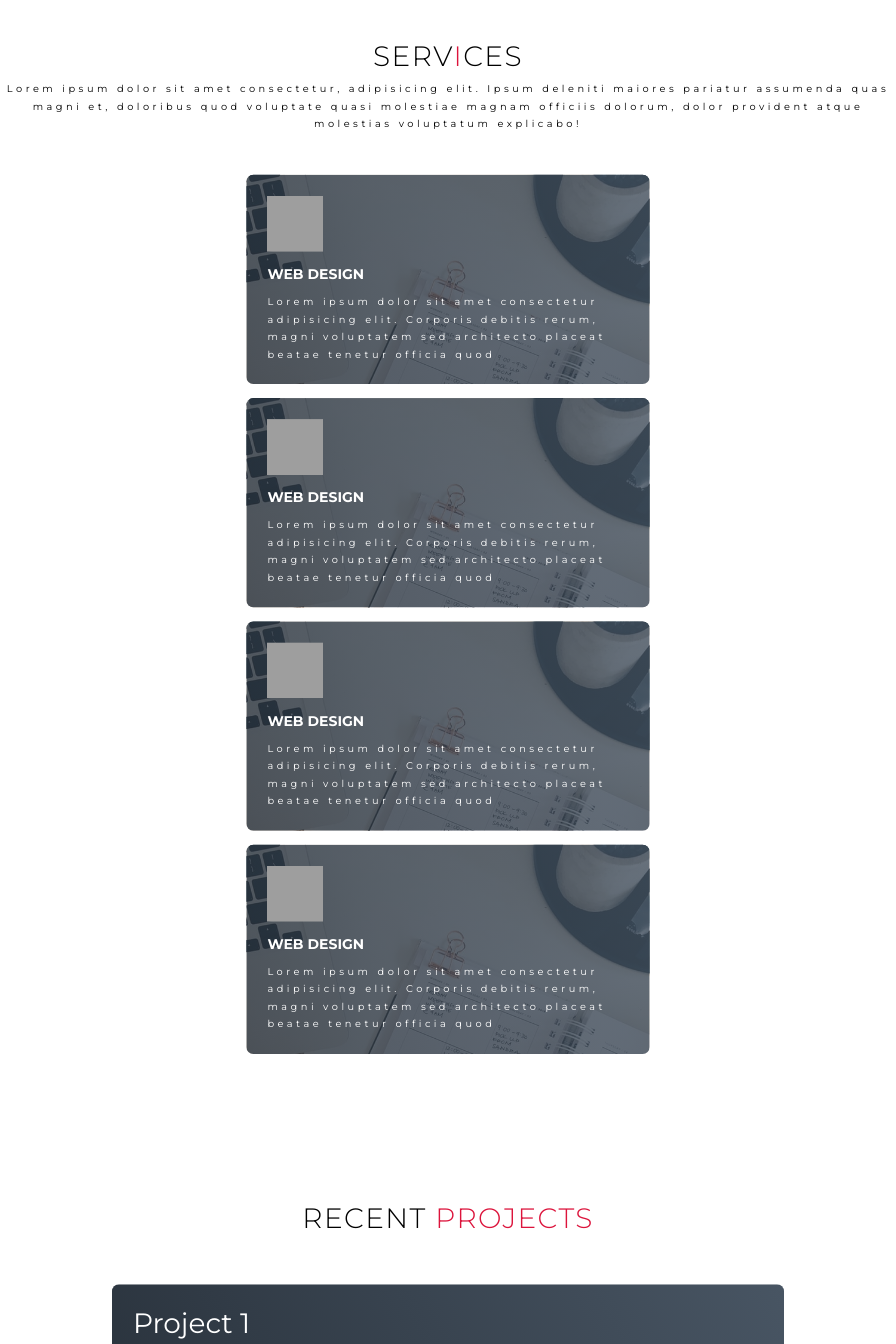
Repository: randysteele/my-portfolio-2023
Page: index.html
The author's editor kept a copy of each file at every save. The page is drawn from the files as they stood at one save, then again after the next save.
The browser window is 1280 px wide. The pictures show the part of the page from y = 764 to 2684 px (the page is 10673 px tall before and 10071 px after), at 70% of full size.
Pictures or frames that could not be fetched are drawn as grey boxes.

Above is the page before, as saved 2023-04-23 19:57:13.

### index.html
<!DOCTYPE html>
<html lang="en">
<head>
    <meta charset="UTF-8">
    <meta http-equiv="X-UA-Compatible" content="IE=edge">
    <meta name="viewport" content="width=device-width, initial-scale=1.0">
    <link rel="stylesheet" href="style.css">
    <title>Randy Steele Portfolio</title>
</head>
<body>
    <!-- Hero Section -->
    <section id="hero">
        <div class="hero container">
            <div>
            <h1>Hello, <span></span></h1>
            <h1>My Name Is <span></span></h1>
            <h1>Randy <span></span></h1>
            <a href="#" type="button" class="cta">Portfolio</a>
        </div>
    </div>
    </section>
    <!-- End Hero Section -->

    <!-- Services Section -->
    <section id="services">
        <div class="services container">
          <div class="service-top">
            <h1 class="section-title">Serv<span>i</span>ces</h1>
            <p>Lorem ipsum dolor sit amet consectetur, adipisicing elit. Ipsum deleniti maiores pariatur assumenda quas
              magni et, doloribus quod voluptate quasi molestiae magnam officiis dolorum, dolor provident atque molestias
              voluptatum explicabo!</p>
          </div>
          <div class="service-bottom">
            <div class="service-item">
              <div class="icon"><img src="https://img.icons8.com/bubbles/100/000000/services.png" /></div>
              <h2>Web Design</h2>
              <p>Lorem ipsum dolor sit amet consectetur adipisicing elit. Corporis debitis rerum, magni voluptatem sed
                architecto placeat beatae tenetur officia quod</p>
            </div>
            <div class="service-item">
              <div class="icon"><img src="https://img.icons8.com/bubbles/100/000000/services.png" /></div>
              <h2>Web Design</h2>
              <p>Lorem ipsum dolor sit amet consectetur adipisicing elit. Corporis debitis rerum, magni voluptatem sed
                architecto placeat beatae tenetur officia quod</p>
            </div>
            <div class="service-item">
              <div class="icon"><img src="https://img.icons8.com/bubbles/100/000000/services.png" /></div>
              <h2>Web Design</h2>
              <p>Lorem ipsum dolor sit amet consectetur adipisicing elit. Corporis debitis rerum, magni voluptatem sed
                architecto placeat beatae tenetur officia quod</p>
            </div>
            <div class="service-item">
              <div class="icon"><img src="https://img.icons8.com/bubbles/100/000000/services.png" /></div>
              <h2>Web Design</h2>
              <p>Lorem ipsum dolor sit amet consectetur adipisicing elit. Corporis debitis rerum, magni voluptatem sed
                architecto placeat beatae tenetur officia quod</p>
            </div>
          </div>
        </div>
      </section>
<!-- End Services Section -->

 <!-- Projects Section -->
 <section id="projects">
    <div class="projects container">
      <div class="projects-header">
        <h1 class="section-title">Recent <span>Projects</span></h1>
      </div>
      <div class="all-projects">
        <div class="project-item">
          <div class="project-info">
            <h1>Project 1</h1>
            <h2>Coding is Love</h2>
            <p>Lorem, ipsum dolor sit amet consectetur adipisicing elit. Ad, iusto cupiditate voluptatum impedit unde
              rem ipsa distinctio illum quae mollitia ut, accusantium eius odio ducimus illo neque atque libero non sunt
              harum? Ipsum repellat animi, fugit architecto voluptatum odit et!</p>
          </div>
          <div class="project-img">
            <img src="./img/img-1.png" alt="img">
          </div>
        </div>
        <div class="project-item">
          <div class="project-info">
            <h1>Project 2</h1>
            <h2>Coding is Love</h2>
            <p>Lorem, ipsum dolor sit amet consectetur adipisicing elit. Ad, iusto cupiditate voluptatum impedit unde
              rem ipsa distinctio illum quae mollitia ut, accusantium eius odio ducimus illo neque atque libero non sunt
              harum? Ipsum repellat animi, fugit architecto voluptatum odit et!</p>
          </div>
          <div class="project-img">
            <img src="./img/img-1.png" alt="img">
          </div>
        </div>
        <div class="project-item">
          <div class="project-info">
            <h1>Project 3</h1>
            <h2>Coding is Love</h2>
            <p>Lorem, ipsum dolor sit amet consectetur adipisicing elit. Ad, iusto cupiditate voluptatum impedit unde
              rem ipsa distinctio illum quae mollitia ut, accusantium eius odio ducimus illo neque atque libero non sunt
              harum? Ipsum repellat animi, fugit architecto voluptatum odit et!</p>
          </div>
          <div class="project-img">
            <img src="./img/img-1.png" alt="img">
          </div>
        </div>
        <div class="project-item">
          <div class="project-info">
            <h1>Project 4</h1>
            <h2>Coding is Love</h2>
            <p>Lorem, ipsum dolor sit amet consectetur adipisicing elit. Ad, iusto cupiditate voluptatum impedit unde
              rem ipsa distinctio illum quae mollitia ut, accusantium eius odio ducimus illo neque atque libero non sunt
              harum? Ipsum repellat animi, fugit architecto voluptatum odit et!</p>
          </div>
          <div class="project-img">
            <img src="./img/img-1.png" alt="img">
          </div>
        </div>
        <div class="project-item">
          <div class="project-info">
            <h1>Project 5</h1>
            <h2>Coding is Love</h2>
            <p>Lorem, ipsum dolor sit amet consectetur adipisicing elit. Ad, iusto cupiditate voluptatum impedit unde
              rem ipsa distinctio illum quae mollitia ut, accusantium eius odio ducimus illo neque atque libero non sunt
              harum? Ipsum repellat animi, fugit architecto voluptatum odit et!</p>
          </div>
          <div class="project-img">
            <img src="./img/img-1.png" alt="img">
          </div>
        </div>
      </div>
    </div>
  </section>
  <!-- End Projects Section -->


<!-- End Projects Section -->

<!-- About Section -->

<section id="about">
    <div class="about container">
        <div class="col-left">
            <div class="about-img">
                <img src="./img/about.jpeg" alt="img">
            </div>
        </div>
        <div class="col-right">
            <h1 class="section-title">About <span>me</span></h1>
            <h2>Front End Developer</h2>
            <p>Lorem, ipsum dolor sit amet consectetur adipisicing elit. Ad, iusto cupiditate voluptatum impedit unde
                rem ipsa distinctio illum quae mollitia ut, accusantium eius odio ducimus illo neque atque libero non sunt
                harum? Ipsum repellat animi, fugit architecto voluptatum odit et!</p>
                <a class="cta" href="#">Download Resume</a>
        </div>
    </div>
</section>
<!-- End About Section -->

<!-- Contact Section -->
<section id="contact">
    <div class="contact container">
        <div><h1 class="section-title">Contact <span>info</span></h1></div>
        <div class="contact-items">
            <div class="contact-item">
                <div class="icon"><img src="https://img.icons8.com/external-flatart-icons-flat-flatarticons/64/null/external-phone-contact-us-flatart-icons-flat-flatarticons.png"/></div>
                <div class="contact-info">
                    <h1>Phone:</h1>
                    <h2>513-939-6679</h2>
                    <h2></h2>
                </div>
            </div>
            <div class="contact-item">
                <div class="icon"><img src="https://img.icons8.com/color/48/000000/filled-message.png"/></div>
                <div class="contact-info">
                    <h1></h1>
                    <h2><a href="mailto:steelerx155@gmail.com">Email Me </a></h2><br>
                    <h2></h2>
                </div>
            </div>

            <div class="contact-item">
                <div class="icon"><img src="https://img.icons8.com/external-color-outline-adri-ansyah/64/null/external-property-real-estate-color-outline-adri-ansyah-39.png"/></div>
                <div class="contact-info">
                    <h1>Address:</h1>
                    <h2>Hamilton OH, USA </h2>
                    <h2></h2>
                </div>
            </div>
            <div class="contact-item">
                <div class="icon"><img src="https://img.icons8.com/material-two-tone/24/null/github.png"/></div>
                <div class="contact-info">
                    <h2><a  href="https://github.com/randysteele" target="_blank">Git hub</a></h2>
                    <h2></h2>
                </div>
            </div>


            <div class="contact-item">
                <div class="icon"><img src="https://img.icons8.com/dotty/80/null/linkedin.png"/></div>
                <div class="contact-info">
                    <h2><a href="https://www.linkedin.com/in/randysteele/" target="_blank">LinkedIn</a></h2>
                    <h2></h2>
                </div>
            </div>



        </div>
    </div>
</section>
<!-- End Contact Section -->

<!-- Footer Section -->

<section id="footer">
    <div class="footer container">
        <div class="brand"><h1><span>R</span>andy <span>S</span>teele</h1></div>
        <h2>Your Complete Web Solution</h2>
        <div class="social-icon">
            <div class="social-item">
                <a href="#"><img src="https://img.icons8.com/color/48/null/facebook-new.png"/></a>
            </div>

            <div class="social-item">
                <a href="#"><img src="https://img.icons8.com/fluency/48/null/twitter.png"/></a>
            </div>

            <div class="social-item">
                <a href="#"><img src="https://img.icons8.com/ios-glyphs/30/null/instagram-new.png"/></a>
            </div>

            <div class="social-item">
                <a href="#"><img src="https://img.icons8.com/material-two-tone/24/null/github.png"/></a>
            </div>
        </div>
        <p>Copyright © 2023 Randy Steele. All rights reserved.</p>
    </div>
</section>




<!-- End Footer Section -->

</body>
</html>


<a target="_blank" href="https://icons8.com/icon/53429/home-page">Icons Provided by</a>  <a target="_blank" href="https://icons8.com">Icons8</a>

### style.css
@import url('https://fonts.googleapis.com/css2?family=Montserrat:wght@300;400;700&display=swap');
* {
    padding: 0;
    margin: 0;
    box-sizing: border-box;
}
html {
    font-size: 10px;
    font-family: "Montserrat", "sans-serif";
}
a {
    text-decoration: none;
}
.container {
    min-height: 100vh;
    width: 100%;
    display: flex;
    align-items: center;
    justify-content: center;
}

img{
    height: 100%;
    width: 100%;
    object-fit: cover;
}

p {
    color: black;
    font-size: 1.4rem;
    margin-top: 5px;
    line-height: 2.5rem;
    font-weight: 300px;
    letter-spacing: 0.5rem;
}

.section-title {
    font-size: 4rem;
    font-weight: 300;
    color: black;
    margin-bottom: 10px;
    text-transform: uppercase;
    letter-spacing: .2rem;
    text-align: center;
}

.section-title span {
    color: crimson;
}

.brand h1{
    font-size: 3rem;
    text-transform: uppercase;
    color: white;
}

.brand span{
        color: crimson;
}


/* Hero Section */
#hero {
    background-image: url(./img/me1.jpeg);
    background-size: cover;
    background-position: top center;
    position: relative;
    z-index: 1;
}
#hero::after{
    content: '';
    position: absolute;
    left: 0;
    top: 0;
    height: 100%;
    width: 100%;
    background-color: black;
    opacity: 0.7;
    z-index: -1;
}
#hero .hero{
    max-width: 1200px;
    margin: 0 auto;
    padding: 0 50px;
    justify-content: flex-start;
}
#hero h1{
    display: block;
    width: fit-content;
    font-size: 4rem;
    position: relative;
    color: transparent;
    animation: text_reveal 1s ease forwards;
    animation-delay: 1s
}
#hero h1:nth-child(1){
    animation-delay: 1s;
}
#hero h1:nth-child(2){
    animation-delay: 2s;
}
#hero h1:nth-child(3){
    animation: text_reveal_name .5s ease forwards;
    animation-delay: 3s;
}

.cta {
  display: inline-block;
  padding: 10px 30px;
  color: white;
  background-color: transparent;
  border: 2px solid crimson;
  font-size: 2rem;
  text-transform: uppercase;
  letter-spacing: 0.1rem;
  margin-top: 30px;
  transition: 0.3s ease;
  transition-property: background-color, color;
}
.cta:hover {
    color: white;
    background-color: crimson;
}
#hero h1 span {
    position: absolute;
    top: 0;
    left: 0;
    height: 100%;
    width: 0;
    background-color: crimson;
    animation: text_reveal_box 1s ease;
    animation-delay: .3s;
}

#hero h1:nth-child(1) span {
    animation-delay: 1s;
}
#hero h1:nth-child(2) span {
    animation-delay: 2s;
}

#hero h1:nth-child(3) span {
    animation-delay: 3s;
}

/* End Hero Section */


/* Services Section */

#services .services{
 flex-direction: column;
 text-align: center;
 max-width: 1500px;
 margin: 0 auto;
 padding: 100px 0;
}


#services .service-top p {
    color: black;
    font-size: 1.4rem;
    margin-top: 5px;
    line-height: 2.5rem;
    font-weight: 300px;
    letter-spacing: 0.5rem;
}

#services .service-bottom {
    display: flex;
    align-items: center;
    justify-content: center;
    flex-wrap: wrap;
    margin-top: 50px;
}

#services .service-item {
    flex-basis: 80%;
    display: flex;
    align-items: flex-start;
    justify-content: center;
    flex-direction: column;
    padding: 30px;
    border-radius: 10px;
    background-image: url(./img/img-1.png);
    background-size: cover;
    margin: 10px 5%;
    position: relative;
    z-index: 1;
    overflow: hidden;
}

#services .service-item::after {
    content: "";
    position: absolute;
    left: 0;
    top: 0;
    height: 100%;
    width: 100%;
    background-image: linear-gradient(60deg, #29323c 0%, #485563 100%);
    opacity: .8;
    z-index: -1;
}

#services .service-bottom .icon {
  height: 80px;
  width: 80px;
  margin-bottom: 20px;
}

#services .service-item h2 {
    font-size: 2rem;
    color: white;
    margin-bottom: 10px;
    text-transform: uppercase;
}

#services .service-item p{
    color: white;
    text-align: left;
}
/* End Services Section */


/* Projects Section */

#projects .projects{
    flex-direction: column;
    max-width: 1200px;
    margin: 0 auto;
    padding: 100px 0;
}

#projects .projects-header h1{
margin-bottom: 50px;
}

#projects .all-projects {
    display: flex;
    align-items: center;
    justify-content: center;
    flex-direction: column;
}

#projects .project-item {
    display: flex;
    align-items: center;
    justify-content: center;
    flex-direction: column;
    width: 80%;
    margin: 20px auto;
    overflow: hidden;
    border-radius: 10px;

}

#projects .project-info {
    padding: 30px;
    flex-basis: 50%;
    height: 100%;
    display: flex;
    align-items: flex-start;
    justify-content: center;
    flex-direction: column;
    background-image: linear-gradient(60deg, #29323c 0%, #485563 100%);
    color: white;
}
#projects .project-info h1{
    font-size: 4rem;
    font-weight: 500;
}

#projects .project-info h2{
 font-size: 1.8rem;
 font-weight: 500;
 margin-top: 10px;
}

#projects .project-info p {
    color: white;
}

#projects .project-img{
    flex-basis: 50%;
    height: 300px;
    overflow: hidden;
}
#projects .project-img:after {
    content: '';
    position: absolute;
    left: 0;
    top: 0;
    height: 100%;
    width: 100%;
    background-image: linear-gradient(60deg, #29323c 0%, #485563 100%);
    opacity: .7;
}
#projects .project-img img {
    transition: .3s ease transform;
}
#projects .project-item:hover .project-img img {
    transform: scale(1.1);
}
/* End Projects Section */

/* About Section */
#about .about {
    flex-direction: column-reverse;
    text-align: center;
    max-width: 1200px;
    margin: 0 auto;
    padding: 100px 20px;
}
#about .col-left{
   width: 250px;
   height: 360px;
}

#about .col-right{
    width: 100%;
}

#about .col-right h2{
    font-size: 1.8rem;
    font-weight: 500;
    letter-spacing: .2rem;
    margin-bottom: 10px;
}

#about .col-right p{
    margin-bottom: 20px;
}

#about .col-right .cta{
    color: black;
    margin-bottom: 50px;
    padding: 10px 20px;
    font-size: 2rem;
}
#about .col-left .about-img {
    position: relative;
}

#about .col-left .about-img::after {
    content: "";
    position: absolute;
    left: -33px;
    top: 19px;
    height: 98%;
    width: 98%;
    border: 7px solid crimson;
    z-index: -1;
}
/* End About Section */

/* Contact Section */

#contact .contact {
    flex-direction: column;
    max-width: 1200px;
    margin: 0 auto;
}

#contact .contact-items{
    width: 400px;
}

#contact .contact-item{
    width: 80%;
    padding: 20px;
    text-align: center;
    border-radius: 10px;
    margin: 30px;
    display: flex;
    justify-content: center;
    align-items: center;
    flex-direction: column;
    box-shadow: 0px 0px 18px 0px #0000002c;
}

#contact .icon{
    width: 70px;
    margin: 0 auto;
    margin-bottom: 10px;
}

#contact .info h1{
    font-size: 2.5rem;
    font-weight: 500;
    margin-bottom: 5px;
}

#contact .info h1{
    font-size: 1.3rem;
    line-height: 2rem;
    font-weight: 50;
}

#contact .contact-item:hover {
    box-shadow: 0px 0px 5px 0 #0000002c;
    transition: .3x ease box-shadow;
}
/* End Contact Section */

/* Footer Section */

#footer {
    background-image: linear-gradient(60deg, #29323c 0%, #485563 100%);
}

#footer .footer{
  min-height: 200px;
  flex-direction: column;
  padding-top: 50px;
  padding-bottom: 10px;
}

#footer h2 {
    color: white;
    font-weight: 500;
    font-size: 1.8rem;
    letter-spacing: .1rem;
    margin-top: 10px;
    margin-bottom: 10px;
}

#footer .social-icon{
    display: flex;
    margin-bottom: 30px;
}

#footer .social-item{
    height: 50px;
    width: 50px;
    margin: 0 5px;
}

#footer .social-item img{
    filter: grayscale(1);
    transition: .3s ease filter;
}

#footer .social-item:hover img{
    filter: grayscale(0)
}

#footer p{
    color: white;
    font-size: 1.3rem;
}

/* End Footer Section */

/* Keyframes */

@keyframes text_reveal_box {
    50%{
        width: 100%;
        left: 0;
    }
    100%{
        width: 0;
        left: 100%;
    }
}

@keyframes text_reveal{
    100%{
        color: white;

    }
}
@keyframes text_reveal_name{
    100%{
        color: crimson;
        font-weight: 500px;
    }
}

/* End Keyframes  */

/* Media Query For Tablet */

@media only screen and(min-width: 768px){
.cta{
    font-size: 2.5rem;
    padding: 20px 60px;
    }
    h1.section-title{
        font-size: 7rem;
    }
}
/* Hero */

#hero h1{
    font-size: 7rem;
}

/* End Hero */

/* Service Section */

#services .service-bottom .service-item{
    flex-basis: 45%;
}

/* End Media Query For Tablet */

After the next save:
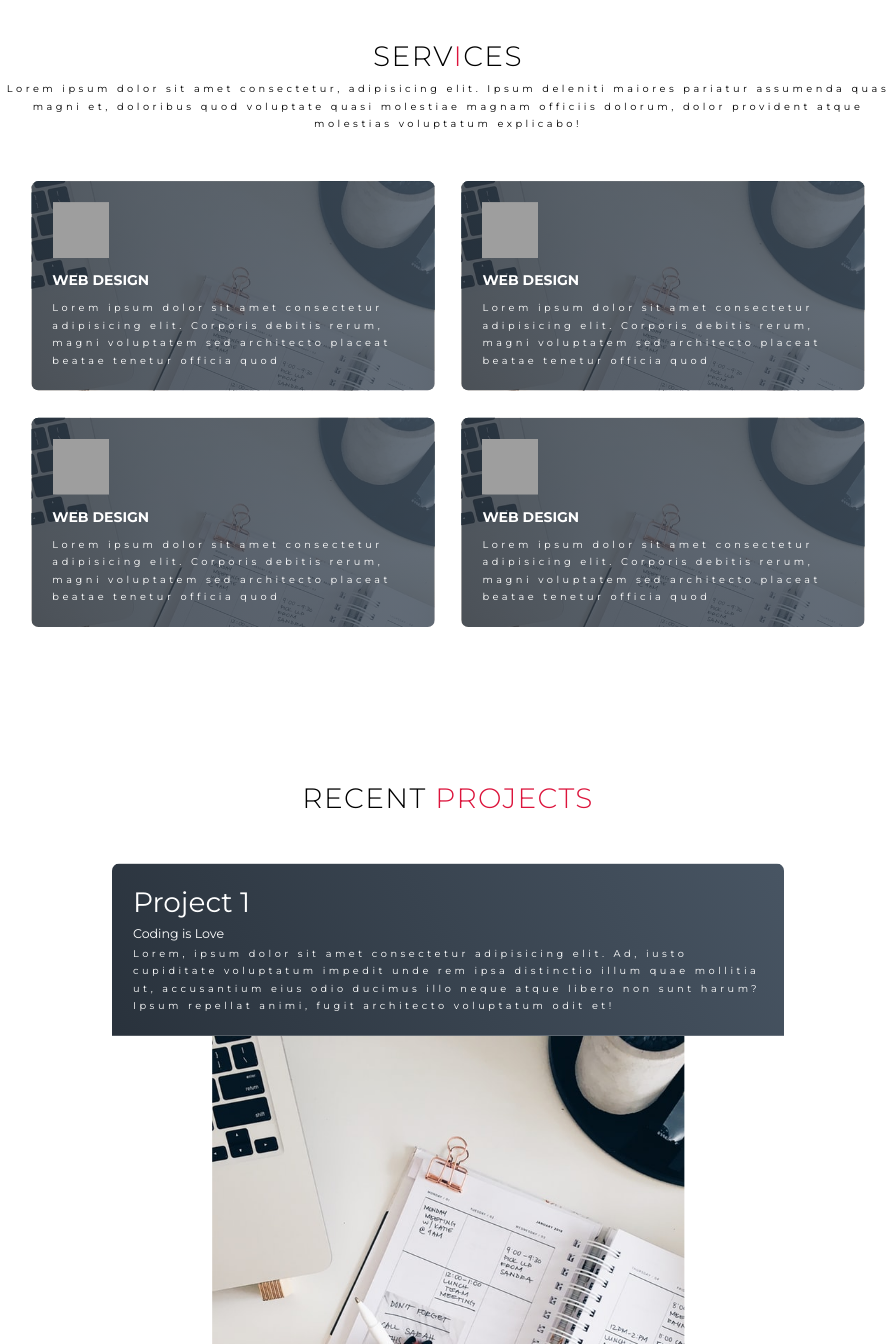
Saved 25 s later.
--- a/style.css
+++ b/style.css
@@ -502,6 +502,7 @@ margin-bottom: 50px;
 
 #services .service-bottom .service-item{
     flex-basis: 45%;
+    margin: 1.5%;
 }
 
 /* End Media Query For Tablet */
